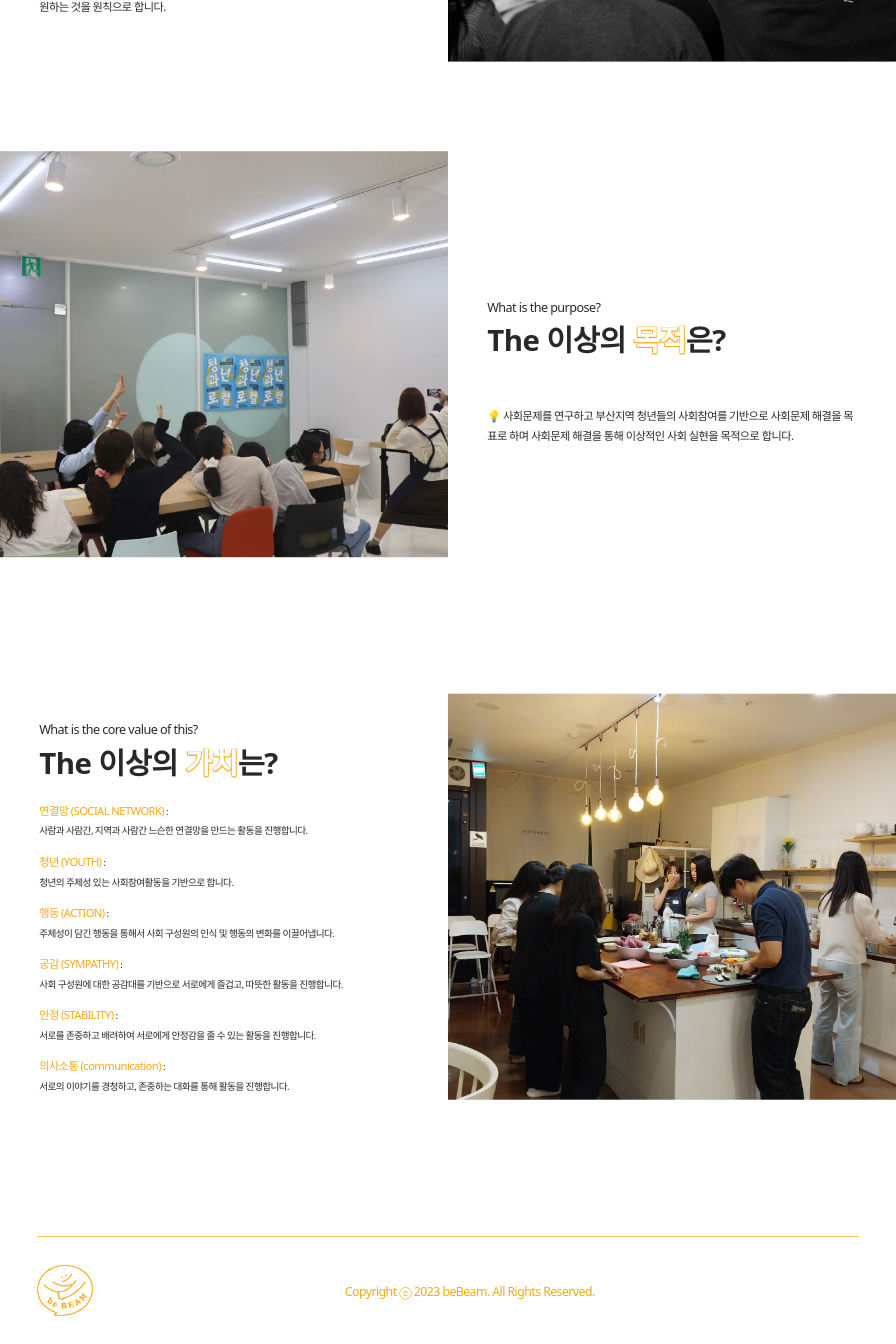
Repository: The-i-sang/BE-BEAM
Page: / (app in front/)
An editor plug-in stored every save of this project. The page is shown before and after the next save, followed by the edit.
The browser window is 1280 px wide. The pictures show the part of the page from y = 2470 to 4390 px (the page is 4390 px tall), at 70% of full size.
Backgrounds fixed to the window are drawn as part of the page. The project was rebuilt for these pictures with package versions that can differ from the ones it lists, and the page was loaded fresh each time. Also part of the build but not shown: front/src/page/NotFoundPage.jsx, front/src/component/NextArrow.jsx, front/src/component/PrevArrow.jsx, front/src/component/DetailSlider.jsx, front/src/page/Detail.jsx, front/src/component/ToolkitCard.jsx, front/src/component/SlideToolkitCard.jsx, front/src/component/BestToolkitSlider.jsx and 6 more. Imported but missing from the stored project, and not drawn on this page: front/src/config.

Above is the page before, as saved 2023-10-13 01:37:20.

After the next save:
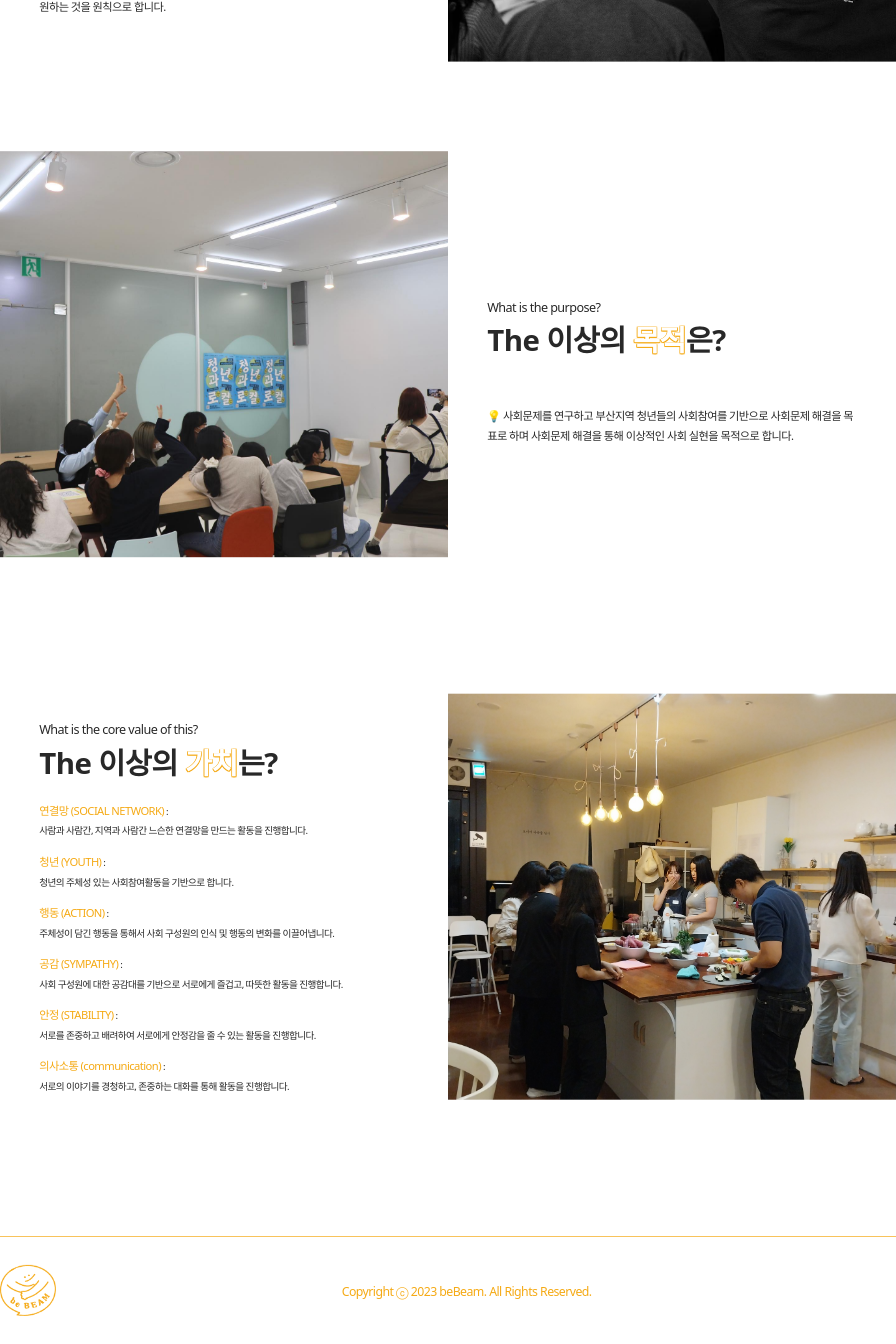
Saved 34 s later.
--- a/front/src/component/Footer.jsx
+++ b/front/src/component/Footer.jsx
@@ -3,7 +3,7 @@ import React from "react";
 export default function Footer() {
   return (
     <div className="w-full bg-[#ffffff]">
-      <div className="w-11/12 mx-auto py-10 box-border border-t-[1px] border-solid border-[#f5aa15] flex sm:flex-row flex-col items-center">
+      <div className="w-full max-w-[1400px] mx-auto py-10 box-border border-t-[1px] border-solid border-[#f5aa15] flex sm:flex-row flex-col items-center">
         <img
           className="w-[21%] lg:w-[80px] sm:w-[14%] h-full object-cover"
           src={process.env.PUBLIC_URL + "/logo/logo2.png"}
